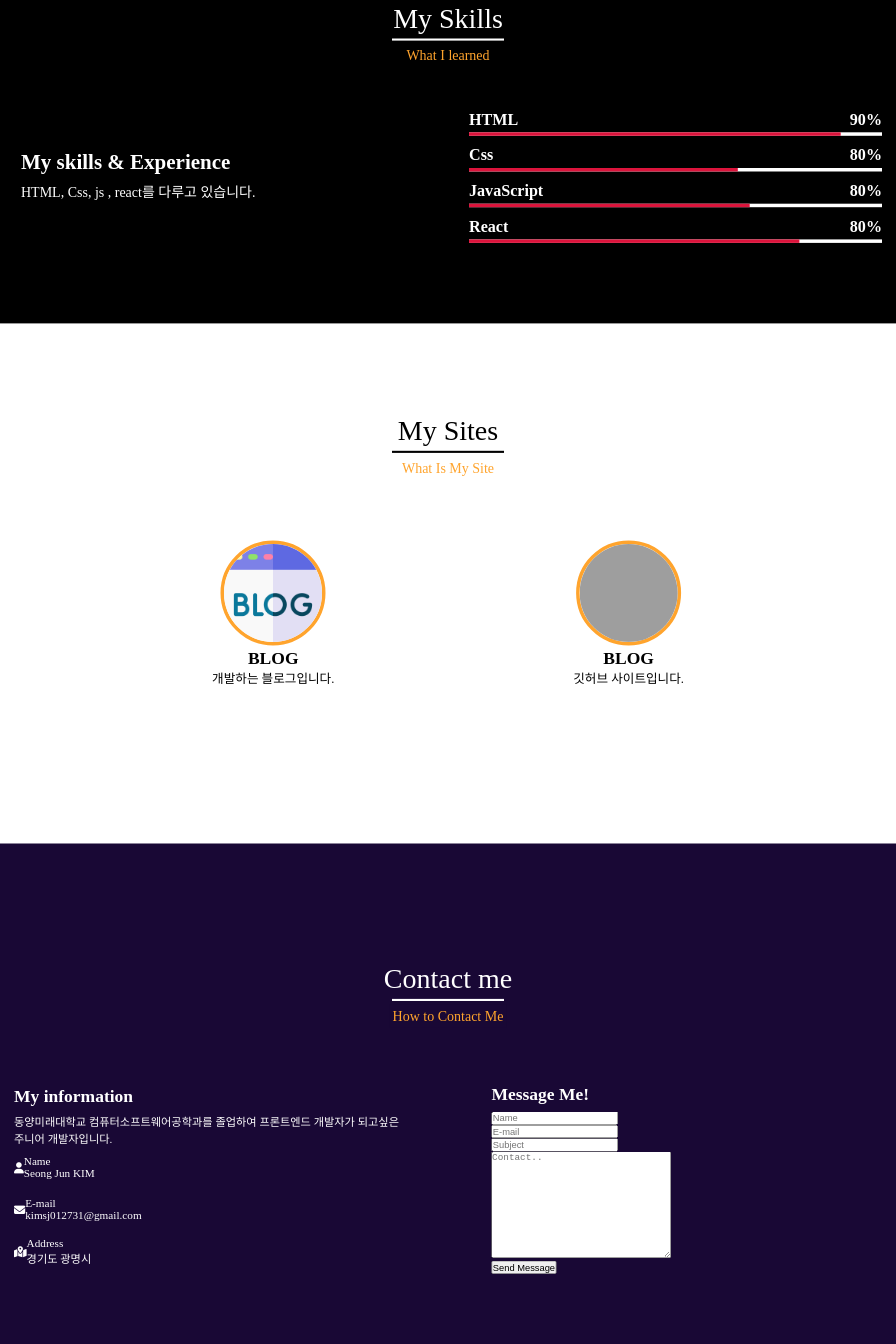
Repository: jun01270/jun
Page: index.html
These files come from the project's save history. The page is drawn as it stood at one moment and after the next save; the edit follows.
The browser window is 1280 px wide. The pictures show the part of the page from y = 1840 to 3760 px (the page is 3760 px tall), at 70% of full size.
Pictures or frames that could not be fetched are drawn as grey boxes. Some web libraries are served in a nearby version.

Above is the page before, as saved 2023-05-11 16:22:33.

### index.html
<!DOCTYPE html>
<html lang="en">
  <head>
    <meta charset="UTF-8" />
    <meta http-equiv="X-UA-Compatible" content="IE=edge" />
    <meta name="viewport" content="width=device-width, initial-scale=1.0" />
    <link rel="stylesheet" href="./css/style.css" />
    <link rel="stylesheet" href="./css/home.css" />
    <link rel="stylesheet" href="./css/about.css" />
    <link rel="stylesheet" href="./css/skills.css" />
    <link rel="stylesheet" href="./css/mysites.css" />
    <link rel="stylesheet" href="./css/contact.css" />

    <script
      src="https://kit.fontawesome.com/252eac6dbf.js"
      crossorigin="anonymous"
    ></script>
    <title>Jun's site</title>
  </head>
  <body>
    <nav class="navbar">
      <div class="max-width">
        <div class="logo">
          <a href="#home">Jun's <span>Site</span></a>
        </div>
        <ul class="menu-bar">
          <li><a href="#home" class="menu-btn" id="homeID">Home</a></li>
          <li><a href="#about" class="menu-btn" id="homeID">About</a></li>
          <li><a href="#skills" class="menu-btn">Skills</a></li>
          <li><a href="#my-sites" class="menu-btn">My Sties</a></li>
          <li><a href="#contact" class="menu-btn">Contact</a></li>
        </ul>
      </div>
    </nav>

    <!--home섹션-->
    <section class="home" id="home">
      <div class="max-width">
        <div class="home-section">
          <div class="text-1">Hello! My Name is</div>
          <div class="text-2">Seong Jun KIM</div>
          <div class="text-3">My skills <span class="typing1">HTML</span></div>
        </div>
      </div>
    </section>

    <!--about섹션-->
    <section class="about" id="about">
      <div class="max-width">
        <h2 class="title">About</h2>
        <div class="about-content">
          <div class="left-column"><img src="./img/profile.jpg" /></div>
          <div class="right-column">
            <div class="about-text">I'm Seong Jun KIM</div>
            <div class="about-skills">
              My skills <span class="typing2">HTML</span>
            </div>
            <p>
              안녕하세요 프론트엔드 개발자를 꿈꾸는 주니어 개발자 김성준입니다.
            </p>
          </div>
        </div>
      </div>
    </section>

    <!--skills섹션-->
    <section class="skills" id="skills">
      <div class="max-width">
        <h2 class="title">My Skills</h2>
        <div class="skills-content">
          <div class="left-column">
            <div class="skills-text">
              <div class="sub-title">My skills & Experience</div>
              <p>HTML, Css, js , react를 다루고 있습니다.</p>
            </div>
          </div>
          <div class="right-column">
            <div class="bars">
              <div class="bars-content">
                <span>HTML</span>
                <span>90%</span>
              </div>
              <div class="line html"></div>
            </div>
            <div class="bars">
              <div class="bars-content">
                <span>Css</span>
                <span>80%</span>
              </div>
              <div class="line css"></div>
            </div>
            <div class="bars">
              <div class="bars-content">
                <span>JavaScript</span>
                <span>80%</span>
              </div>
              <div class="line js"></div>
            </div>
            <div class="bars">
              <div class="bars-content">
                <span>React</span>
                <span>80%</span>
              </div>
              <div class="line react"></div>
            </div>
          </div>
        </div>
      </div>
    </section>

    <!--My sties섹션-->
    <section class="my-sites">
      <div class="max-width">
        <h2 class="title">My Sites</h2>
        <div class="my-sites-content">
          <div class="left-column">
            <a href="https://web-jun.tistory.com/" target="_blank">
              <div class="site">
                <div class="site-images">
                  <img src="/img/blog.jpg" alt="" />
                  <div class="site-text">BLOG</div>
                  <p>개발하는 블로그입니다.</p>
                </div>
              </div>
            </a>
          </div>
          <div class="right-column">
            <a href="https://github.com/jun01270" target="_blank">
              <div class="site">
                <div class="site-images">
                  <img src="/img/github.jpg" alt="" />
                  <div class="site-text">BLOG</div>
                  <p>깃허브 사이트입니다.</p>
                </div>
              </div>
            </a>
          </div>
        </div>
      </div>
    </section>

    <!--Contact 섹션-->
    <section class="contact">
      <div class="max-width">
        <h2 class="title">Contact me</h2>
        <div class="contact-content">
          <div class="left column">
            <div class="contact-text">My information</div>
            <p>
              동양미래대학교 컴퓨터소프트웨어공학과를 졸업하여 프론트엔드
              개발자가 되고싶은 주니어 개발자입니다.
            </p>
            <div class="icons-content">
              <i class="fas fa-user"></i>
              <div class="info">
                <div class="head">Name</div>
                <div class="tail">Seong Jun KIM</div>
              </div>
            </div>
            <div class="icons-content">
              <i class="fas fa-envelope"></i>
              <div class="info">
                <div class="head">E-mail</div>
                <div class="tail">kimsj012731@gmail.com</div>
              </div>
            </div>
            <div class="icons-content">
              <i class="fas fa-map-marked-alt"></i>
              <div class="info">
                <div class="head">Address</div>
                <div class="tail">경기도 광명시</div>
              </div>
            </div>
          </div>
          <div class="right column">
            <div class="contact-text">Message Me!</div>
            <form action="#">
              <div class="fields">
                <div class="fields name">
                  <input type="text" placeholder="Name" />
                </div>
                <div class="fields Email">
                  <input type="email" placeholder="E-mail" />
                </div>
              </div>
              <div class="fields subject">
                <input type="text" placeholder="Subject" />
              </div>
              <div class="fields contact-area">
                <textarea
                  cols="30"
                  rows="10"
                  placeholder="Contact.. "
                  required
                ></textarea>
              </div>
              <div class="button">
                <button type="submit">Send Message</button>
              </div>
            </form>
          </div>
        </div>
      </div>
    </section>

    <!--Footer섹션-->
    <footer></footer>

    <!--JS섹션-->
  </body>
</html>

### css/style.css
@import url("https://fonts.googleapis.com/css2?family=Lora&display=swap");

* {
  margin: 0;
  padding: 0;
  box-sizing: border-box;
  text-decoration: none;
}

.home .about .skills .my-sites .contact {
  padding-top: 86px;
}

html {
  scroll-behavior: smooth;
}

.max-width {
  max-width: 1300px;
  padding: 0 20px;
  margin: auto;
}

.section {
  padding: 100px 0;
}

/* .about, .skills, .my-sites, .contact, .footer{
    //폰트삽입
} */

.about .title,
.skills .title,
.my-sites .title,
.contact .title {
  position: relative;
  text-align: center;
  font-size: 40px;
  font-weight: 500;
  margin: 30px 0 100px 0;
  padding-bottom: 8px;
}

.about .title::before,
.skills .title::before,
.my-sites .title::before,
.contact .title::before {
  content: "";
  position: absolute;
  bottom: 0px;
  left: 50%;
  width: 160px;
  height: 3px;
  background-color: black;
  transform: translateX(-50%);
}

.title::after {
  content: "";
  position: absolute;
  bottom: -38px;
  left: 50%;
  font-size: 20px;
  color: rgb(255, 164, 45);
  padding: 5px;
  background-color: white;
  transform: translateX(-50%);
}

.about .about-content,
.skills .skills-content,
.my-sites .my-sites-content,
.contact .contact-content {
  display: flex;
  align-items: center;
  flex-wrap: wrap;
  justify-content: space-between;
}

.navbar {
  position: relative;
  width: 100%;
  padding: 20px 0;
  z-index: 999;
  transition: all 0.3s ease;
  background-color: burlywood;
}

.navbar .max-width {
  display: flex;
  align-items: center;
  justify-content: space-between;
}

.navbar .logo {
  font-size: 30px;
  font-weight: 600;
  margin-left: 20px;
  color: black;
}

.navbar .logo a {
  color: white;
  text-decoration: none;
}

.navbar .logo a span {
  color: orange;
  transition: all 0.3s ease;
}

.navbar .menu-bar li {
  list-style: none;
  margin: 5px 20px 0 0;
  display: inline-block;
}

.navbar .menu-bar li a {
  display: block;
  text-decoration: none;
  font-size: 20px;
  font-weight: 500;
  margin-left: 15px;
  transition: all 0.3s ease;
}

.menu-bar li:hover {
  background-color: orange;
  border-radius: 3px;
}

.navbar.sticky {
  padding: 20px 0;
  background-color: black;
}

.navbar.sticky .logo a span {
  color: white;
}

.navbar.sticky .menu-bar li a:hover {
  color: white;
}

.navbar .menu-btn {
  color: white;
  font-size: 25px;
  display: none;
  cursor: pointer;
}

@media screen and (max-width: 700px) {
  .navbar {
    flex-direction: column;
    align-items: flex-start;
    margin: 0;
  }

  .menu-bar {
    flex-direction: column;
    align-items: center;
    width: 100%;
  }

  .menu-bar li {
    width: 100%;
    text-align: center;
  }
}

### css/home.css
.home {
  display: flex;
  height: 100vh;
  min-height: 500px;
  color: white;
  background: url("../img/back.jpg") no-repeat center;
  background-size: cover;
}

.home .max-width {
  margin: auto 0 auto 40px;
}

.home .home-section .text1 {
  font-size: 30px;
}

.home .home-section .text2 {
  font-size: 75px;
  font-weight: 600;
}

.home .home-section .text-3 {
  font-size: 40px;
}

.home .home-section .text-3 span {
  color: orange;
  font-weight: 500;
}

### css/about.css
.about {
  padding: 100px 0;
  transition: all 0.3s ease;
}

.about .title::after {
  content: "Who I am";
  background-color: white;
}

.about .about-content {
  margin-bottom: 100px;
}

.about .about-content .left-column {
  width: 45%;
}

.about .about-content .left-column img {
  height: 400px;
  width: 400px;
  object-fit: cover;
  border-radius: 6px;
}

.about .about-content .right-column {
  width: 55%;
  margin-bottom: 50px;
}

.about .about-content .right-column .about-text,
.about .about-content .right-column .about-skills {
  font-size: 30px;
  font-weight: 600;
  margin-bottom: 10px;
}

.about .about-content .right-column .about-skills span {
  color: orange;
}

.about .about-content .right-column P {
  text-align: justify;
  font-size: 20px;
}

### css/skills.css
.skills {
  padding: 100px 0;
  transition: all 0.3s ease;
}

.skills .title {
  padding-top: 30px;
}

.skills .title::before {
  background-color: white;
}

.skills .title::after {
  content: "What I learned";
  background-color: black;
}

.skills {
  color: white;
  background-color: black;
  padding-bottom: 100px;
}

.skills .sub-title {
  font-size: 30px;
  font-weight: 600;
  padding-bottom: 10px;
}

.skills .skills-content .left-column,
.skills .skills-content .right-column {
  width: calc(50% - 30px);
}

.skills .skills-content .left-column .skills-text {
  font-size: 23px;
  font-weight: 300;
  margin: 0 0 20px 10px;
  text-align: justify;
}

.skills .skills-content .left-column p {
  font-size: 20px;
}

.skills .skills-content .right-column .bars {
  margin-bottom: 15px;
}

.skills .skills-content .right-column .bars-content {
  display: flex;
  margin-bottom: 5px;
  align-items: center;
  justify-content: space-between;
}

.skills .skills-content span {
  font-size: 23px;
  font-weight: 600;
}

.skills .skills-content .right-column .line {
  height: 5px;
  background-color: white;
  width: 100%;
  position: relative;
}

.skills .skills-content .right-column .line::before {
  content: "";
  position: absolute;
  height: 100%;
  left: 0;
  top: 0;
  background-color: crimson;
}

.skills .skills-content .right-column .html::before {
  width: 90%;
}

.skills .skills-content .right-column .css::before {
  width: 65%;
}

.skills .skills-content .right-column .js::before {
  width: 68%;
}

.skills .skills-content .right-column .react::before {
  width: 80%;
}

### css/mysites.css
.my-sites {
  padding: 100px 0;
  transition: all 0.3s ease;
}

.my-sites .title::after {
  content: "What Is My Site ";
}

.my-sites .my-sites-content {
  margin-bottom: 100px;
}

.my-sites .my-sites-content .left-column {
  margin-left: 20%;
}

.my-sites .my-sites-content .right-column {
  margin-right: 20%;
}

.my-sites .my-sites-content a {
  display: flex;
  text-align: center;
  color: black;
}

.my-sites .my-sites-content a,
.my-sites .my-sites-content a:visited,
.my-sites .my-sites-content a:active,
.my-sites .my-sites-content a:hover {
  text-decoration: none;
}

.my-sites .my-sites-content .site {
  background-color: white;
  border-radius: 6px;
  padding: 25px 35px;
  transition: all 0.3s ease;
}

.my-sites .my-sites-content .site img {
  height: 150px;
  width: 150px;
  object-fit: cover;
  border-radius: 50%;
  border: 5px solid rgb(255, 164, 45);
  transition: all 0.3 ease;
}

.my-sites .my-sites-content .site-text {
  font-size: 25px;
  font-weight: 600;
}

.my-sites .my-sites-content p {
  font-size: 18px;
  text-align: justify;
}

.my-sites .my-sites-content .site:hover {
  background-color: rgb(25, 8, 53);
  color: white;
  transform: scale(1.05);
}

.my-sites .my-sites-content .site:hover img {
  border-color: white;
}

### css/contact.css
.contact {
  color: white;
  background-color: rgb(25, 8, 53);
  padding-bottom: 50px;
  padding: 100px 0;
  transition: all 0.3s ease;
}

.contact .title {
  padding-top: 40px;
  margin-bottom: 120px;
  color: white;
}

.contact .title::before {
  background-color: white;
}

.contact .title::after {
  content: "How to Contact Me";
  background-color: rgb(25, 8, 53);
}

.contact .contact-content .column {
  width: 45%;
}

.contact .contact-content .contact-text {
  font-size: 25px;
  font-weight: 600;
  padding-bottom: 10px;
}

.contact .contact p {
  font-size: 15px;
  text-align: justify;
}

.contact .contact-content .left .icons {
  margin: 15px 0;
}

.contact .contact-content .icons-content {
  display: flex;
  align-items: center;
  height: 60px;
}

After the next save:
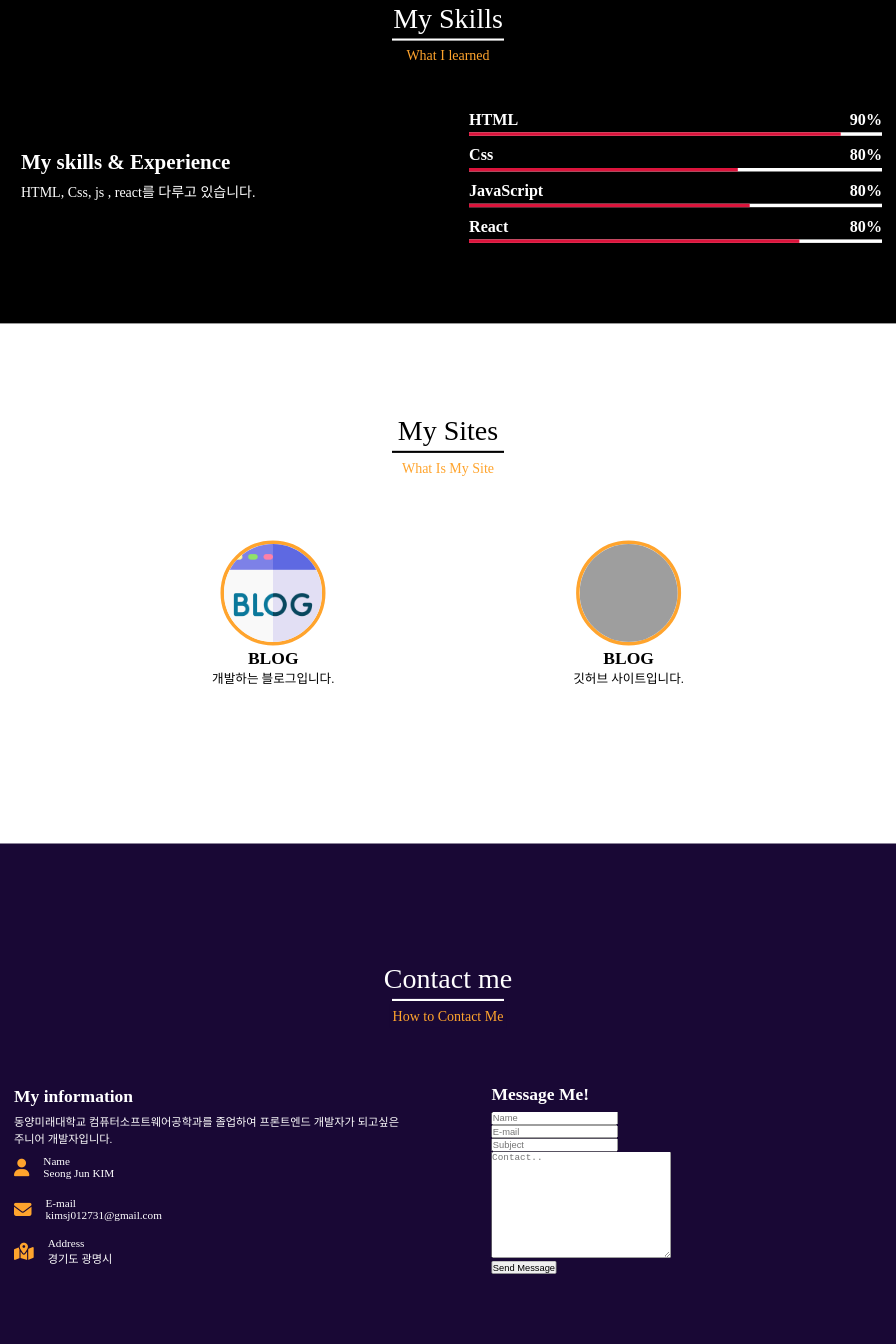
Saved 36 s later.
--- a/css/contact.css
+++ b/css/contact.css
@@ -45,3 +45,9 @@
   align-items: center;
   height: 60px;
 }
+
+.contact .contact-content .icons-content i {
+  margin-right: 20px;
+  font-size: 25px;
+  color: rgb(255, 164, 45);
+}
